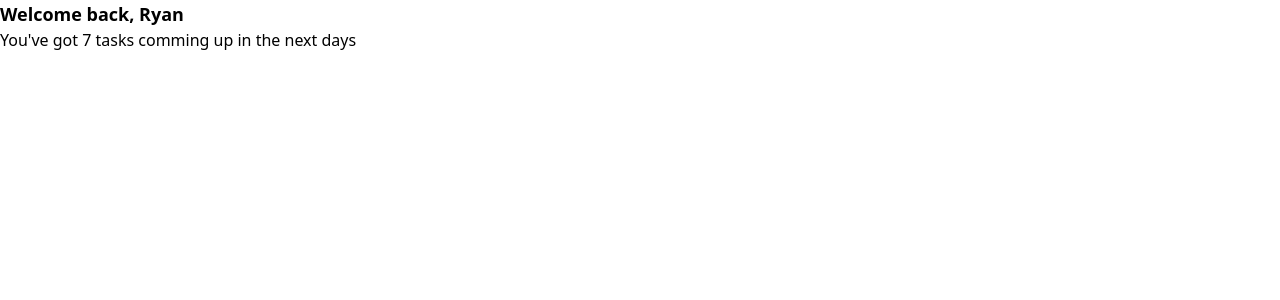
Repository: daohuyhoang9119/TodoApp
Page: /
These files come from the project's save history. The page is drawn as it stood at one moment and after the next save; the edit follows.
The browser window is 1280 px wide. The pictures show the whole page.
The project was rebuilt for these pictures with package versions that can differ from the ones it lists, and the page was loaded fresh each time. Also part of the build but not shown: vite.config.ts, src/App.css.

Above is the page before, as saved 2023-02-20 15:39:51.

### index.html
<!DOCTYPE html>
<html lang="en">

<head>
  <meta charset="UTF-8" />
  <link rel="icon" type="image/svg+xml" href="/vite.svg" />
  <meta name="viewport" content="width=device-width, initial-scale=1.0" />
  <title>Do It N💲W</title>
</head>

<body>
  <div id="root"></div>
  <script type="module" src="/src/main.tsx"></script>
</body>

</html>

### src/App.tsx
import { useState } from "react";
import "./App.css";
import Header from "./components/Header/Header";

function App() {
  return (
    <div className="container">
      <Header />
    </div>
  );
}

export default App;

### src/components/Header/Header.tsx
import { useState } from "react";

function Header() {
  return (
    <div className="">
      <h1 className="font-sans text-lg font-semibold">Welcome back, Ryan</h1>
      <p>You've got 7 tasks comming up in the next days</p>
    </div>
  );
}

export default Header;

Loaded but not shown: src/main.tsx (common file); src/index.css (common file); tailwind.config.cjs (common file)

After the next save:
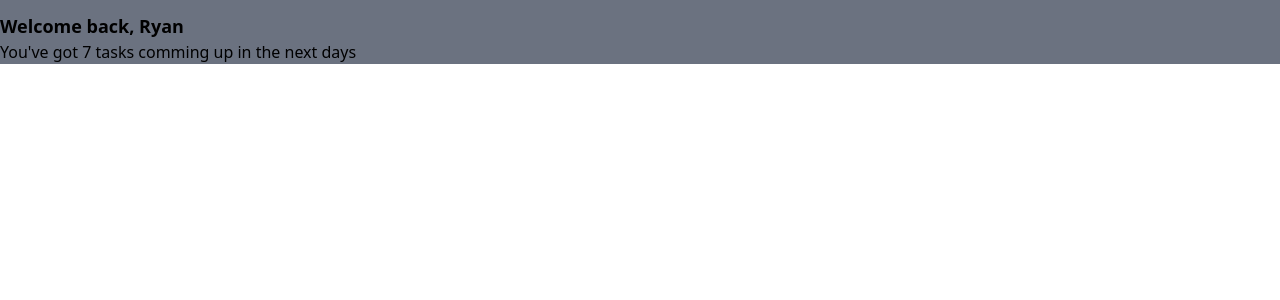
Saved 73 s later.
--- a/src/App.tsx
+++ b/src/App.tsx
@@ -4,7 +4,7 @@
 
 function App() {
   return (
-    <div className="container">
+    <div className="w-full pt-3 bg-gray-500">
       <Header />
     </div>
   );

After the save that followed:
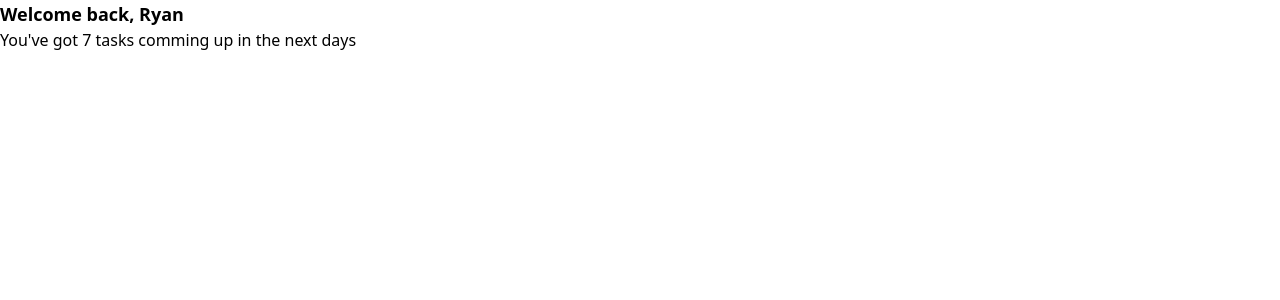
Saved 32 s later.
--- a/src/App.tsx
+++ b/src/App.tsx
@@ -4,7 +4,7 @@
 
 function App() {
   return (
-    <div className="w-full pt-3 bg-gray-500">
+    <div className="w-full ">
       <Header />
     </div>
   );
